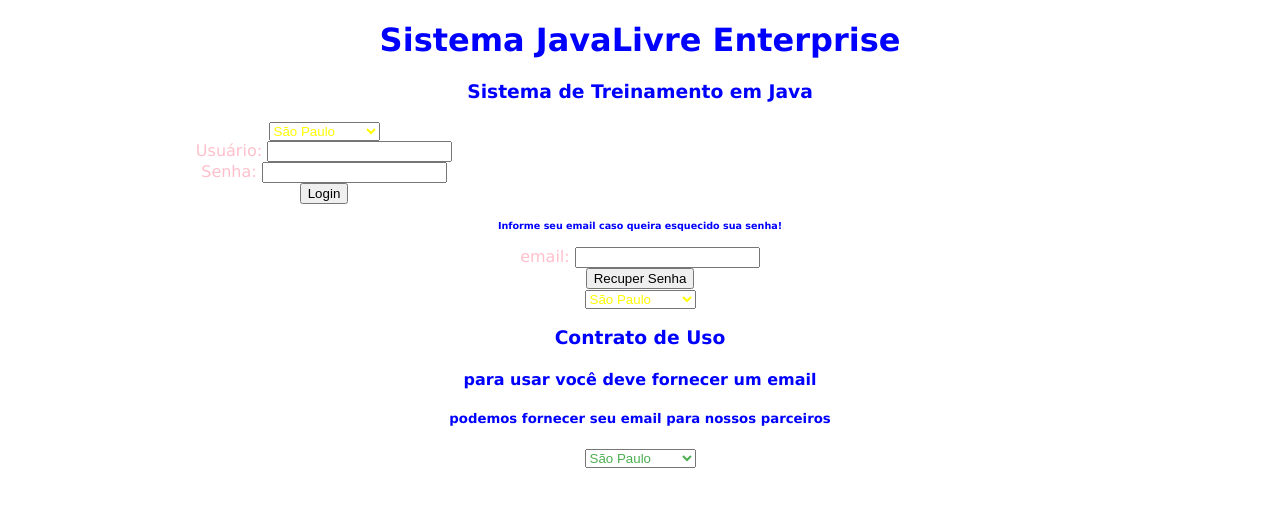
Repository: marciojv/treina-java
Page: workspace/JavaLivre/src/html/login.html
The author's editor kept a copy of each file at every save. The page is drawn from the files as they stood at one save, then again after the next save.
The browser window is 1280 px wide. The pictures show the whole page.

Above is the page before, as saved 2017-06-10 17:38:43.

After the next save:
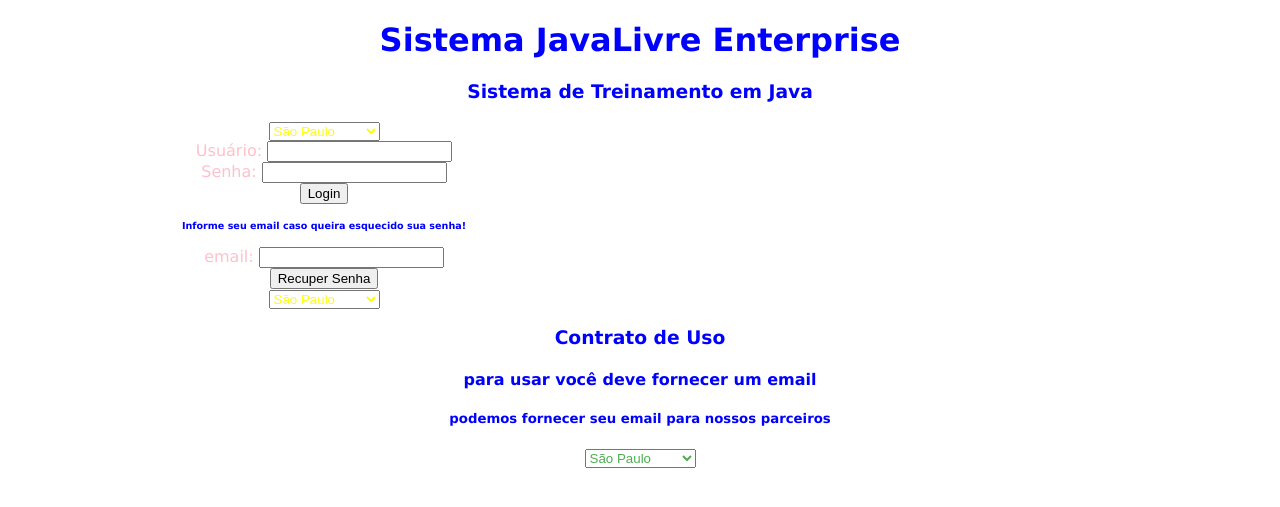
Saved 67 s later.
--- a/workspace/JavaLivre/src/html/css/javalivre.css
+++ b/workspace/JavaLivre/src/html/css/javalivre.css
@@ -15,6 +15,11 @@ div form select {
 }
 
 #divlogin {
+	width:50%;
+	/*height: 500px;*/
+}
+
+#divrecupera {
 	width:50%;
 	/*height: 500px;*/
 }
